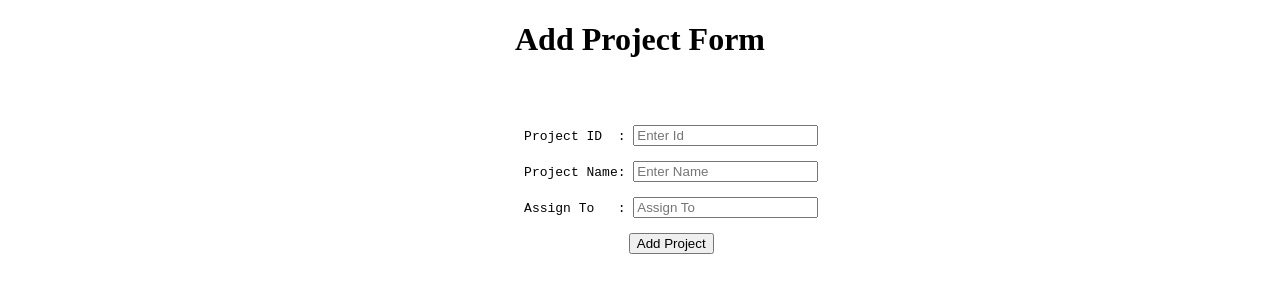
Repository: yashmodi2429/Programs
Page: http://localhost/Employee/addproject.jsp
An editor plug-in stored every save of this project. The page is shown before and after the next save, followed by the edit.
The browser window is 1280 px wide. The pictures show the whole page.
The page is served by Tomcat 9.

Above is the page before, as saved 2019-02-25 10:32:57.

After the next save:
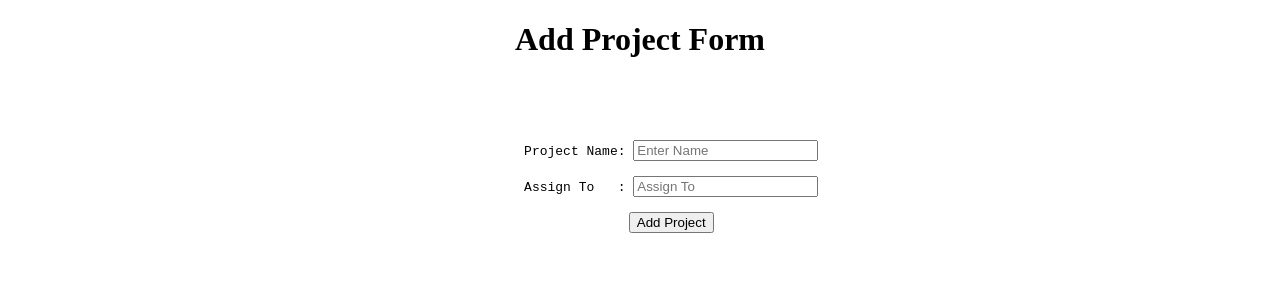
Saved 35 s later.
--- a/Employee/WebContent/addproject.jsp
+++ b/Employee/WebContent/addproject.jsp
@@ -13,7 +13,7 @@
 <form action ="AddProject" method="post" >
 <div>
 
-	Project ID  : <input type ="text" name="id" autocomplete="off" placeholder="Enter Id"><br>
+	<!-- Project ID  : <input type ="text" name="id" autocomplete="off" placeholder="Enter Id"><br> -->
 	Project Name: <input type="text" name="name" autocomplete="off" placeholder="Enter Name"><br>
 	Assign To   : <input type="text" name="assign_to" autocomplete="off" placeholder="Assign To"><br>
 	<input type ="submit" value="Add Project">
